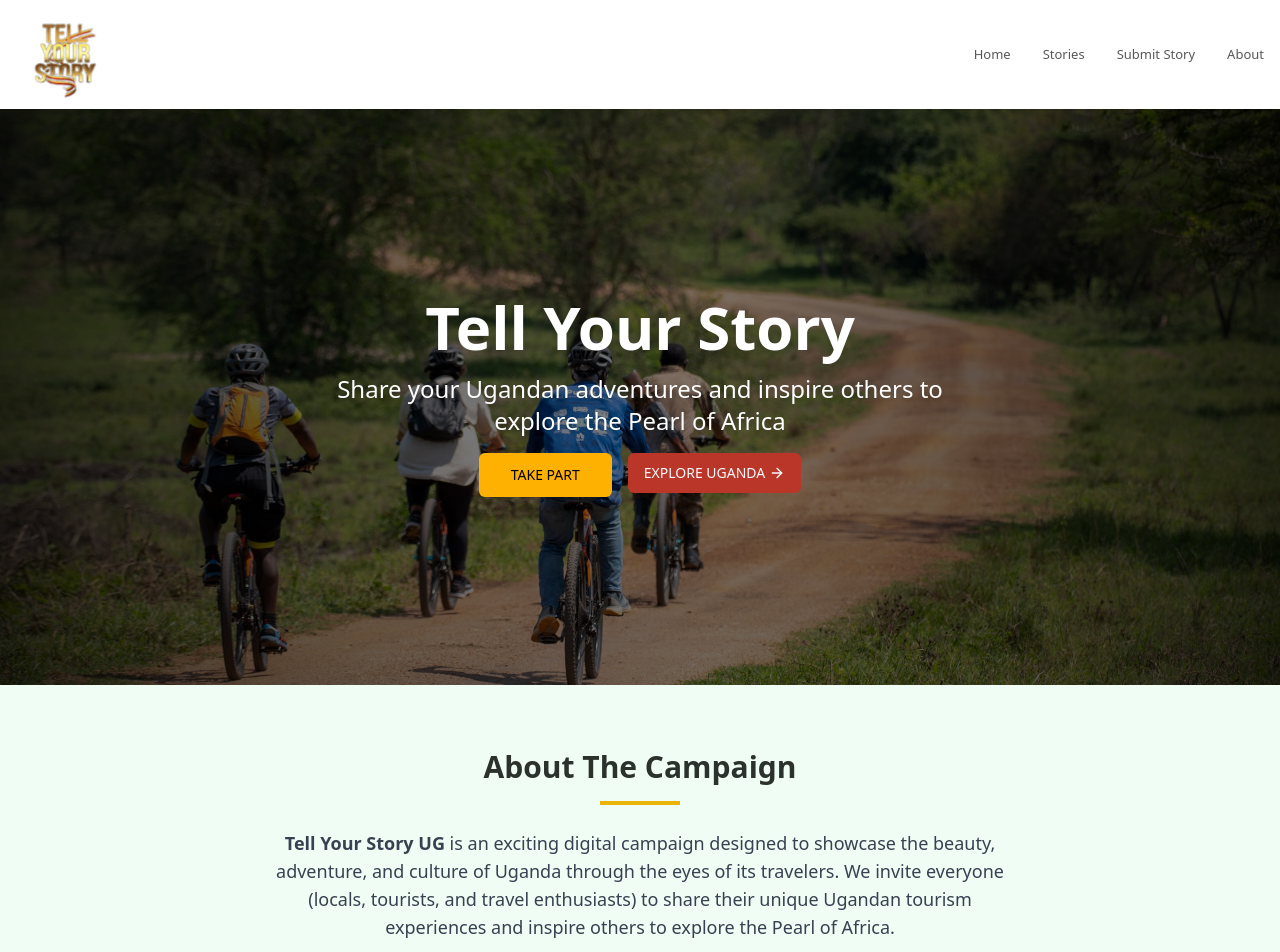
Repository: kaizoku010/take.part
Page: /
An editor plug-in stored every save of this project. The page is shown before and after the next save, followed by the edit.
The browser window is 1280 px wide. The pictures show the part of the page from y = 0 to 952 px (the page is 3588 px tall).
The pointer rests on the first visible `#vist-ug`.
Backgrounds fixed to the window are drawn as part of the page. The project was rebuilt for these pictures with package versions that can differ from the ones it lists, and the page was loaded fresh each time. Also part of the build but not shown: vite.config.ts, src/components/ui/tooltip.tsx, src/pages/About.tsx, src/components/ui/input.tsx, src/pages/Stories.tsx, src/pages/StoryDetail.tsx, src/components/ui/use-toast.ts, src/components/ui/label.tsx and 4 more.

Above is the page before, as saved 2025-04-14 15:49:17.

After the next save:
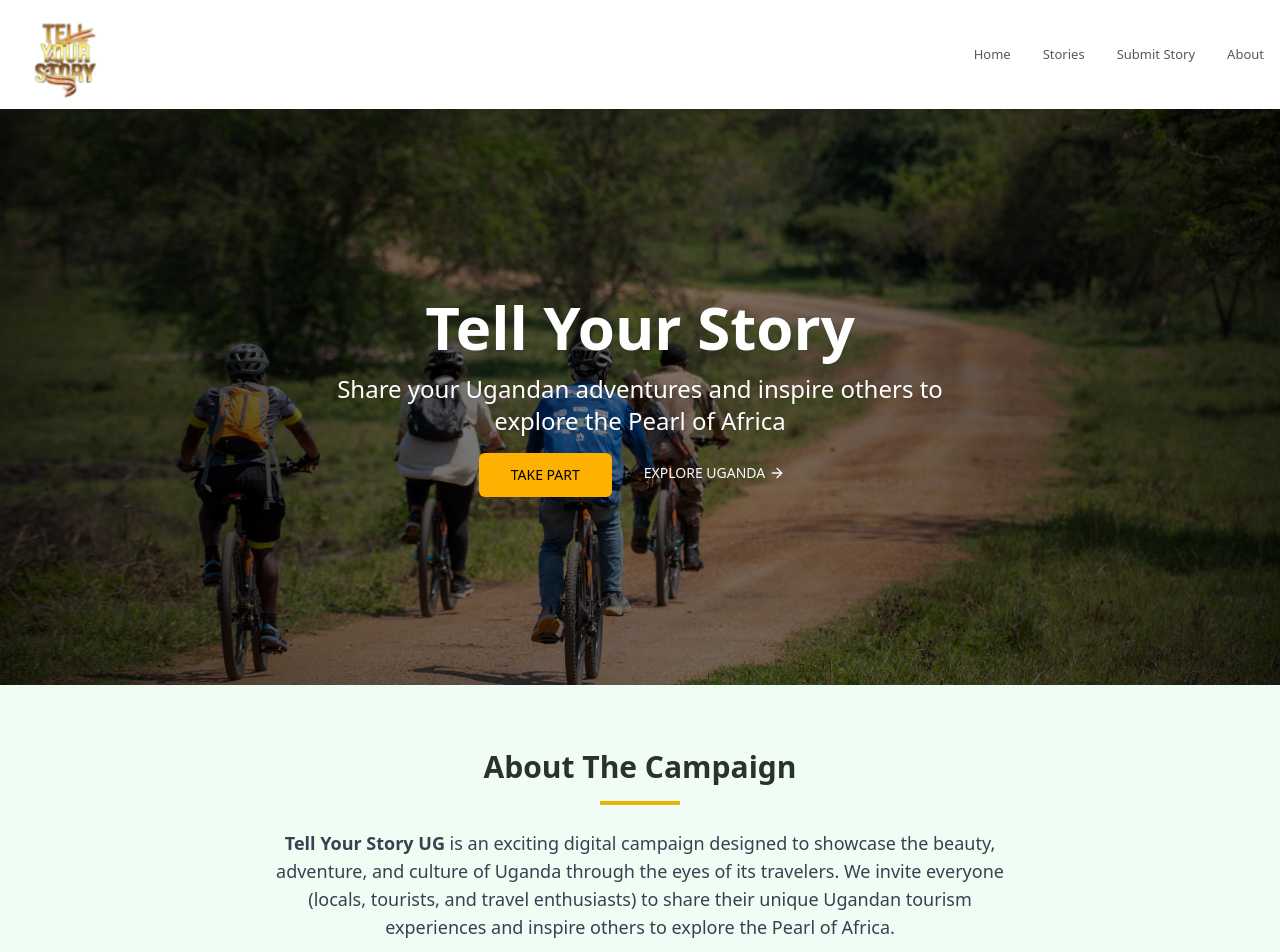
Saved 9 s later.
--- a/src/mdx.css
+++ b/src/mdx.css
@@ -128,5 +128,5 @@ background-color: #ba3629 !important;
 
 
 #vist-ug:hover{
-    background-color: #ba3629 !important;
+    background-color: transparent !important;
 }
